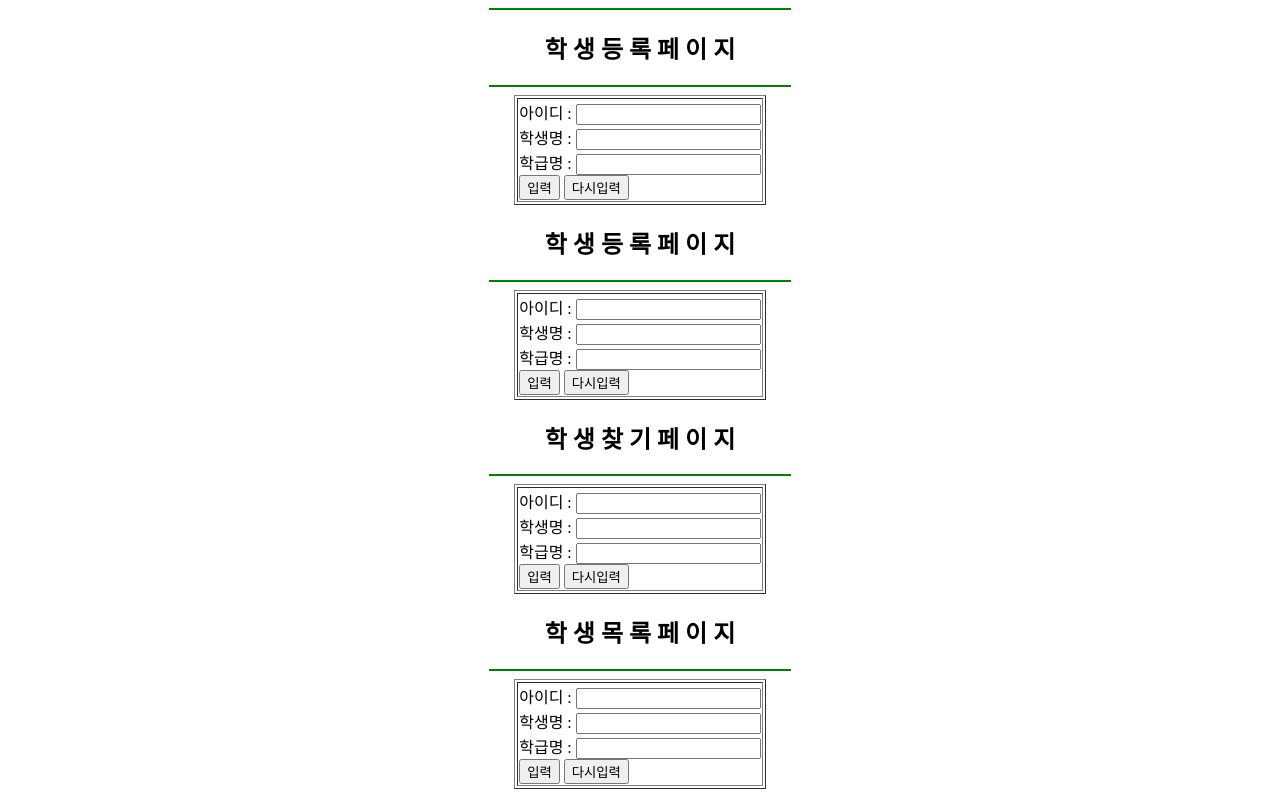
Repository: sungeunbyeol/Nowon-ezen-jsp
Page: http://localhost/myHome/student.jsp
The author's editor kept a copy of each file at every save. The page is drawn from the files as they stood at one save, then again after the next save.
The browser window is 1280 px wide. The pictures show the whole page.
The page is served by Tomcat 9.

Above is the page before, as saved 2021-11-03 06:11:45.

After the next save:
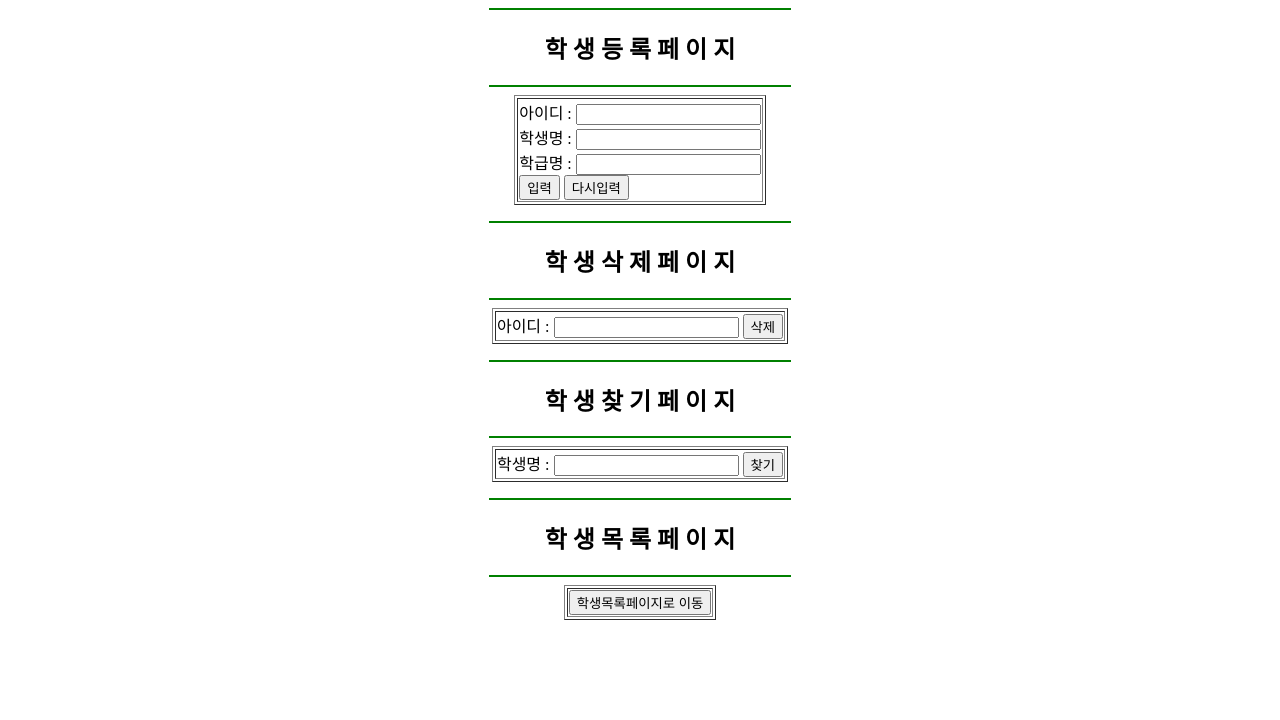
Saved 9 s later.
--- a/myHome/WebContent/student.jsp
+++ b/myHome/WebContent/student.jsp
@@ -1,10 +1,9 @@
 <%@ page language="java" contentType="text/html; charset=EUC-KR"
     pageEncoding="EUC-KR"%>
 <!-- student.jsp -->
-
 <html>
 <head>
-	<title>학생관리 프로그램</title>
+	<title>학생관리프로그램</title>
 </head>
 <body>
 	<div align="center">
@@ -15,56 +14,49 @@
 			<table border="1">
 				<tr>
 					<td>
-					아이디 : <input type="text" name="id"><br>
-					학생명 : <input type="text" name="name"><br>
-					학급명 : <input type="text" name="cname"><br>
-					<input type="submit" value="입력">
-					<input type="reset" value="다시입력">
+						아이디 : <input type="text" name="id"><br>
+						학생명 : <input type="text" name="name"><br>
+						학급명 : <input type="text" name="cname"><br>
+						<input type="submit" value="입력">
+						<input type="reset" value="다시입력">
 					</td>
 				</tr>
 			</table>
 		</form>
-		<h2>학 생 등 록 페 이 지</h2>
 		<hr color="green" width="300">
-		<form name="f" action="insert.jsp" method="post">
+		<h2>학 생 삭 제 페 이 지</h2>
+		<hr color="green" width="300">
+		<form name="f" action="delete.jsp" method="post">
 			<table border="1">
 				<tr>
 					<td>
-					아이디 : <input type="text" name="id"><br>
-					학생명 : <input type="text" name="name"><br>
-					학급명 : <input type="text" name="cname"><br>
-					<input type="submit" value="입력">
-					<input type="reset" value="다시입력">
+						아이디 : <input type="text" name="id">
+						<input type="submit" value="삭제">
 					</td>
 				</tr>
 			</table>
 		</form>
+		<hr color="green" width="300">
 		<h2>학 생 찾 기 페 이 지</h2>
 		<hr color="green" width="300">
-		<form name="f" action="insert.jsp" method="post">
+		<form name="f" action="find.jsp" method="post">
 			<table border="1">
 				<tr>
 					<td>
-					아이디 : <input type="text" name="id"><br>
-					학생명 : <input type="text" name="name"><br>
-					학급명 : <input type="text" name="cname"><br>
-					<input type="submit" value="입력">
-					<input type="reset" value="다시입력">
+						학생명 : <input type="text" name="name">
+						<input type="submit" value="찾기">
 					</td>
 				</tr>
 			</table>
 		</form>
+		<hr color="green" width="300">
 		<h2>학 생 목 록 페 이 지</h2>
 		<hr color="green" width="300">
-		<form name="f" action="insert.jsp" method="post">
+		<form name="f" action="list.jsp" method="post">
 			<table border="1">
 				<tr>
 					<td>
-					아이디 : <input type="text" name="id"><br>
-					학생명 : <input type="text" name="name"><br>
-					학급명 : <input type="text" name="cname"><br>
-					<input type="submit" value="입력">
-					<input type="reset" value="다시입력">
+						<input type="submit" value="학생목록페이지로 이동">
 					</td>
 				</tr>
 			</table>
